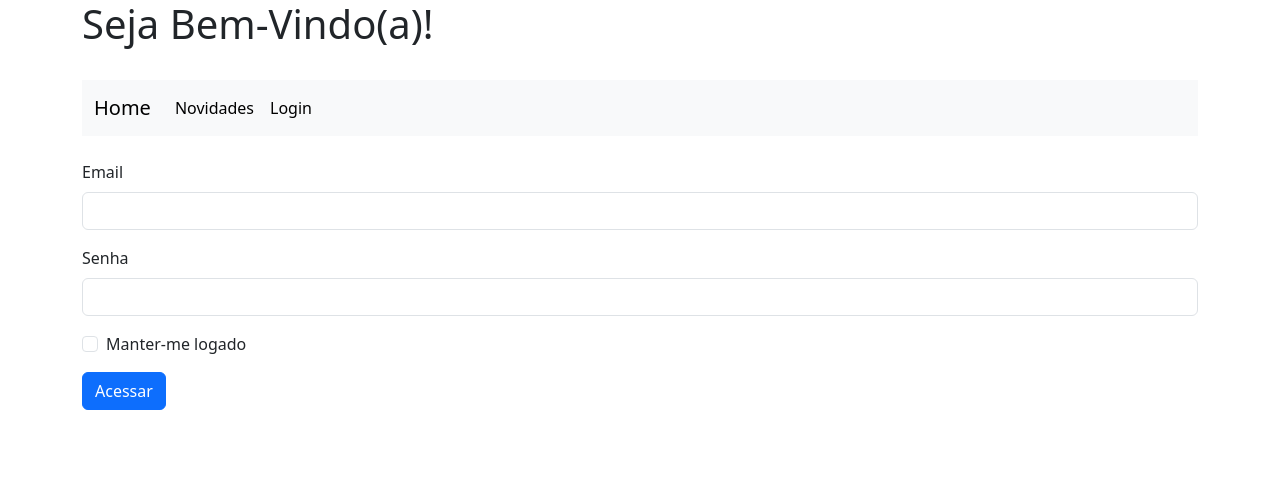
Repository: DianeMascarello/Uc09Senai
Page: http://localhost/SA3Uc09/ServletLogin
The author's editor kept a copy of each file at every save. The page is drawn from the files as they stood at one save, then again after the next save.
The browser window is 1280 px wide. The pictures show the whole page.
The page is served by Tomcat 10.

Above is the page before, as saved 2023-08-08 23:54:27.

After the next save:
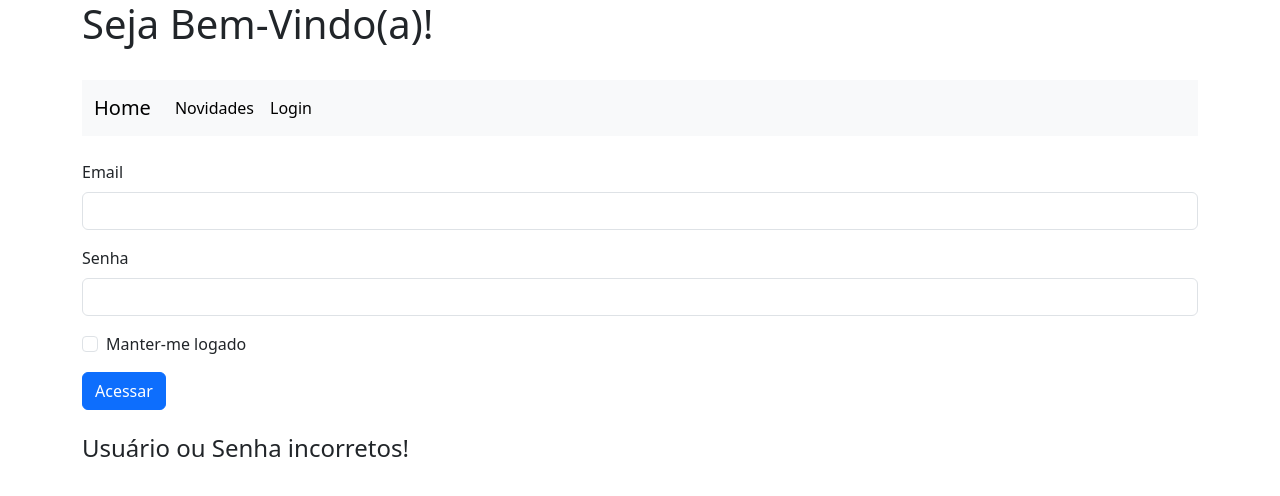
Saved 2 min 55 s later.
--- a/SA3Uc09/src/main/webapp/login.jsp
+++ b/SA3Uc09/src/main/webapp/login.jsp
@@ -62,27 +62,28 @@
 		</form>
 		<br>
 
-		<div class="modal fade" id="errorModal" tabindex="-1" role="dialog"
-			aria-labelledby="exampleModalLabel" aria-hidden="true">
-			<div class="modal-dialog" role="document">
-				<div class="modal-content">
-					<div class="modal-header">
-						<h5 class="modal-title">Erro de Autenticação</h5>
-						<button type="button" class="close" data-dismiss="modal"
-							aria-label="Close">
-							<span aria-hidden="true">&times;</span>
-						</button>
-					</div>
-					<div class="modal-body">
-						<h4>${mensagem}</h4>
-					</div>
-					<div class="modal-footer">
-						<button type="button" class="btn btn-secondary"
-							data-dismiss="modal">Ok</button>
-					</div>
-				</div>
-			</div>
-		</div>
+		<!-- 		<div class="modal fade" id="errorModal" tabindex="-1" role="dialog" -->
+		<!-- 			aria-labelledby="exampleModalLabel" aria-hidden="true"> -->
+		<!-- 			<div class="modal-dialog" role="document"> -->
+		<!-- 				<div class="modal-content"> -->
+		<!-- 					<div class="modal-header"> -->
+		<!-- 						<h5 class="modal-title">Erro de Autenticação</h5> -->
+		<!-- 						<button type="button" class="close" data-dismiss="modal" -->
+		<!-- 							aria-label="Close"> -->
+		<!-- 							<span aria-hidden="true">&times;</span> -->
+		<!-- 						</button> -->
+		<!-- 					</div> -->
+		<!-- 					<div class="modal-body"> -->
+		<%-- 						<h4>${mensagem}</h4> --%>
+		<!-- 					</div> -->
+		<!-- 					<div class="modal-footer"> -->
+		<!-- 						<button type="button" class="btn btn-secondary" -->
+		<!-- 							data-dismiss="modal">Ok</button> -->
+		<!-- 					</div> -->
+		<!-- 				</div> -->
+		<!-- 			</div> -->
+		<!-- 		</div> -->
+		<h4>${mensagem}</h4>
 </body>
 
 </html>
